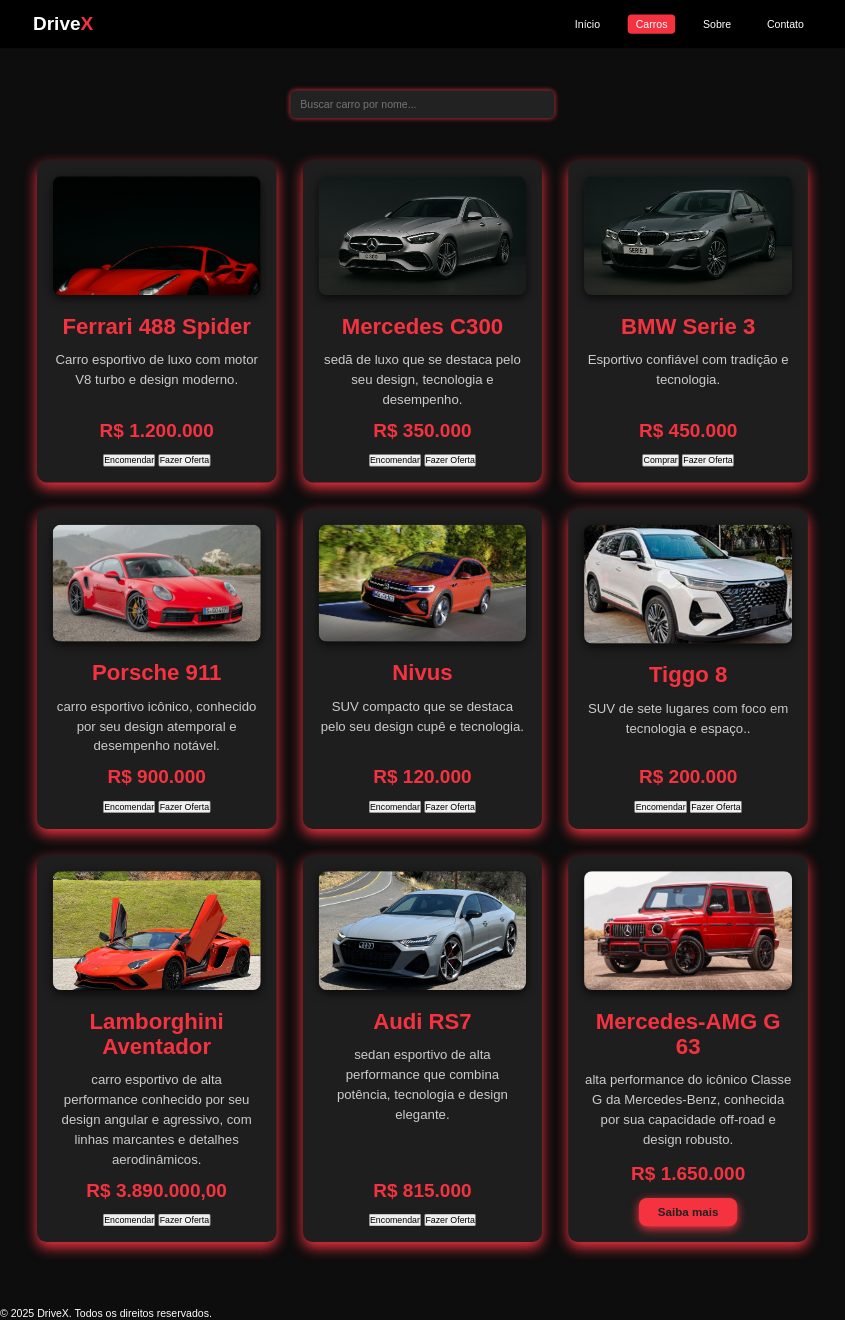
Repository: Mateushlp/DriveX
Page: carros.html
An editor plug-in stored every save of this project. The page is shown before and after the next save, followed by the edit.
The browser window is 1280 px wide. The pictures show the whole page, at 66% of full size.

Above is the page before, as saved 2025-06-24 22:16:54.

After the next save:
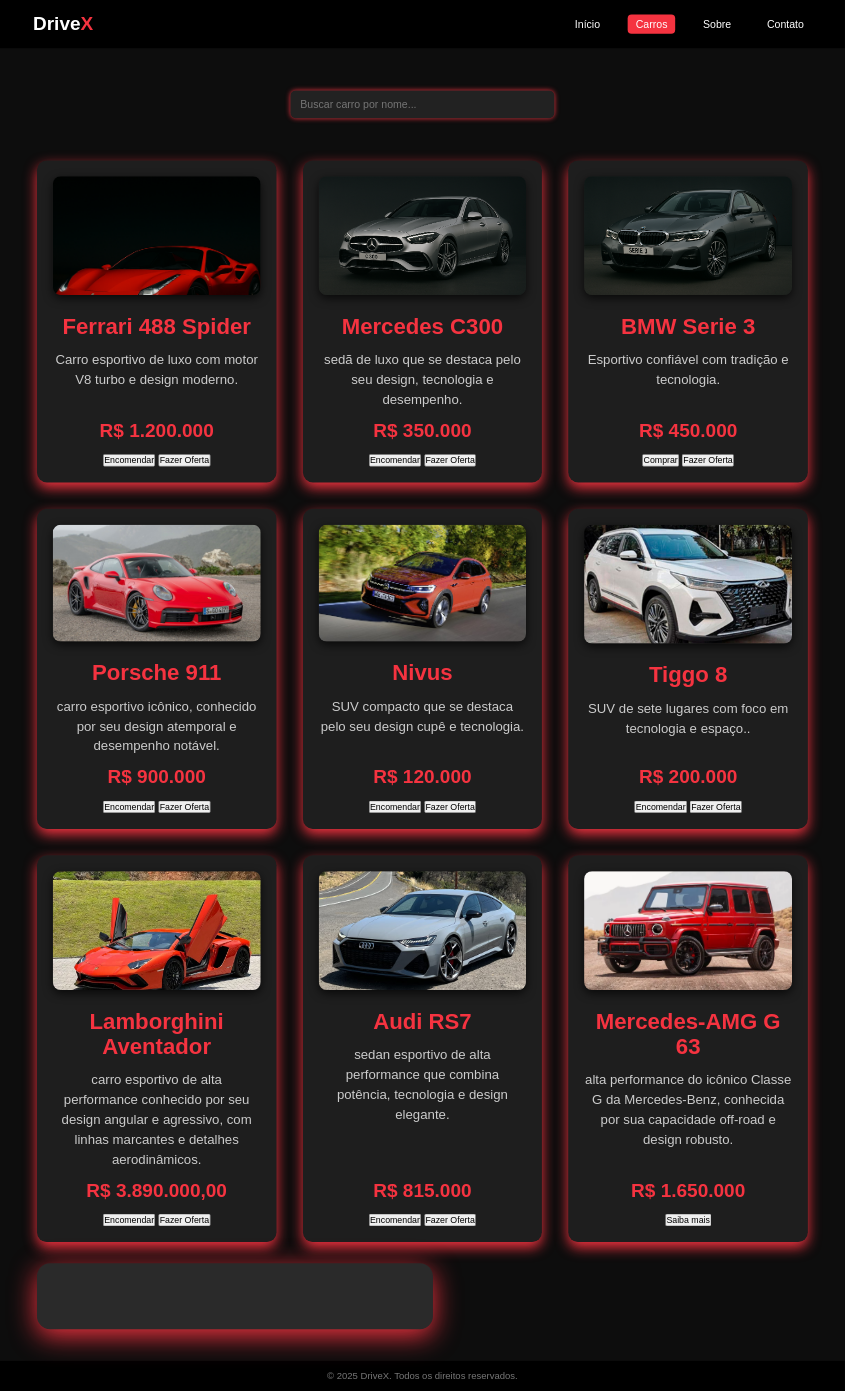
Saved 32 s later.
--- a/carros.css
+++ b/carros.css
@@ -168,22 +168,17 @@
 }
 
 
-.btn-detalhes {
-  background-color: #f53340;
-  color: #222;
-  border: none;
-  padding: 0.7rem 1.8rem;
-  border-radius: 12px;
-  cursor: pointer;
-  font-weight: 700;
-  font-size: 1.1rem;
-  transition: background-color 0.3s ease;
-  box-shadow: 0 4px 15px #f53340;
-
-.btn-detalhes:hover {
-  background-color: #f53340;
-  box-shadow: 0 6px 22px #f53340;
-}
+<div class="card-carro">
+  <img src="./img/ferrari.png" alt="Ferrari 488 Spider" />
+  <h3>Ferrari 488 Spider</h3>
+  <p>Carro esportivo de luxo com motor V8 turbo e design moderno.</p>
+  <strong>R$ 1.200.000</strong>
+  <div class="botoes-card">
+    <button class="btn-encomenda" data-modelo="Ferrari 488 Spider">Encomendar</button>
+    <button class="btn-oferta" data-modelo="Ferrari 488 Spider">Fazer Oferta</button>
+  </div>
+</div>
+
 
 
 .modal {

After the save that followed:
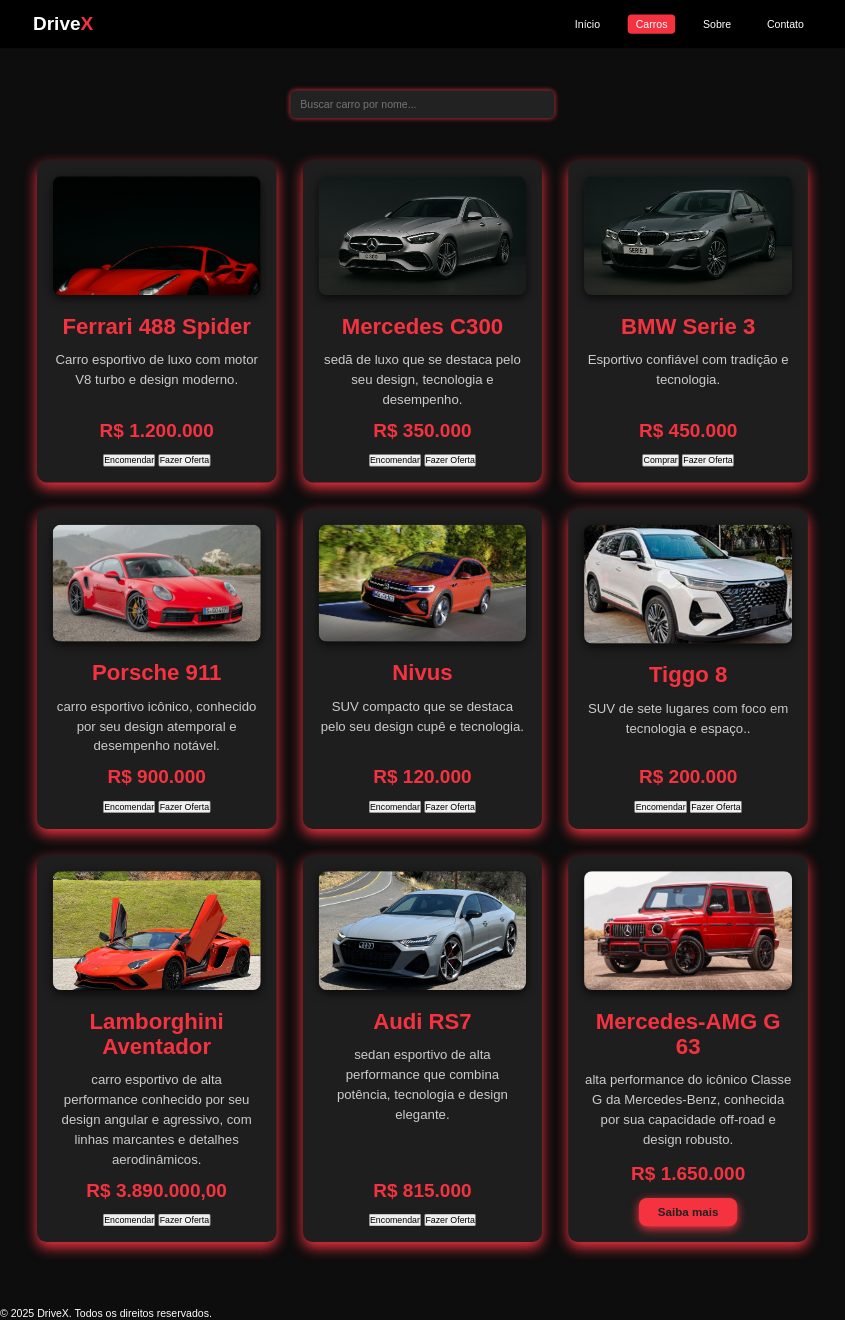
Saved 10 s later.
--- a/carros.css
+++ b/carros.css
@@ -168,17 +168,22 @@
 }
 
 
-<div class="card-carro">
-  <img src="./img/ferrari.png" alt="Ferrari 488 Spider" />
-  <h3>Ferrari 488 Spider</h3>
-  <p>Carro esportivo de luxo com motor V8 turbo e design moderno.</p>
-  <strong>R$ 1.200.000</strong>
-  <div class="botoes-card">
-    <button class="btn-encomenda" data-modelo="Ferrari 488 Spider">Encomendar</button>
-    <button class="btn-oferta" data-modelo="Ferrari 488 Spider">Fazer Oferta</button>
-  </div>
-</div>
-
+.btn-detalhes {
+  background-color: #f53340;
+  color: #222;
+  border: none;
+  padding: 0.7rem 1.8rem;
+  border-radius: 12px;
+  cursor: pointer;
+  font-weight: 700;
+  font-size: 1.1rem;
+  transition: background-color 0.3s ease;
+  box-shadow: 0 4px 15px #f53340;
+
+.btn-detalhes:hover {
+  background-color: #f53340;
+  box-shadow: 0 6px 22px #f53340;
+}
 
 
 .modal {
